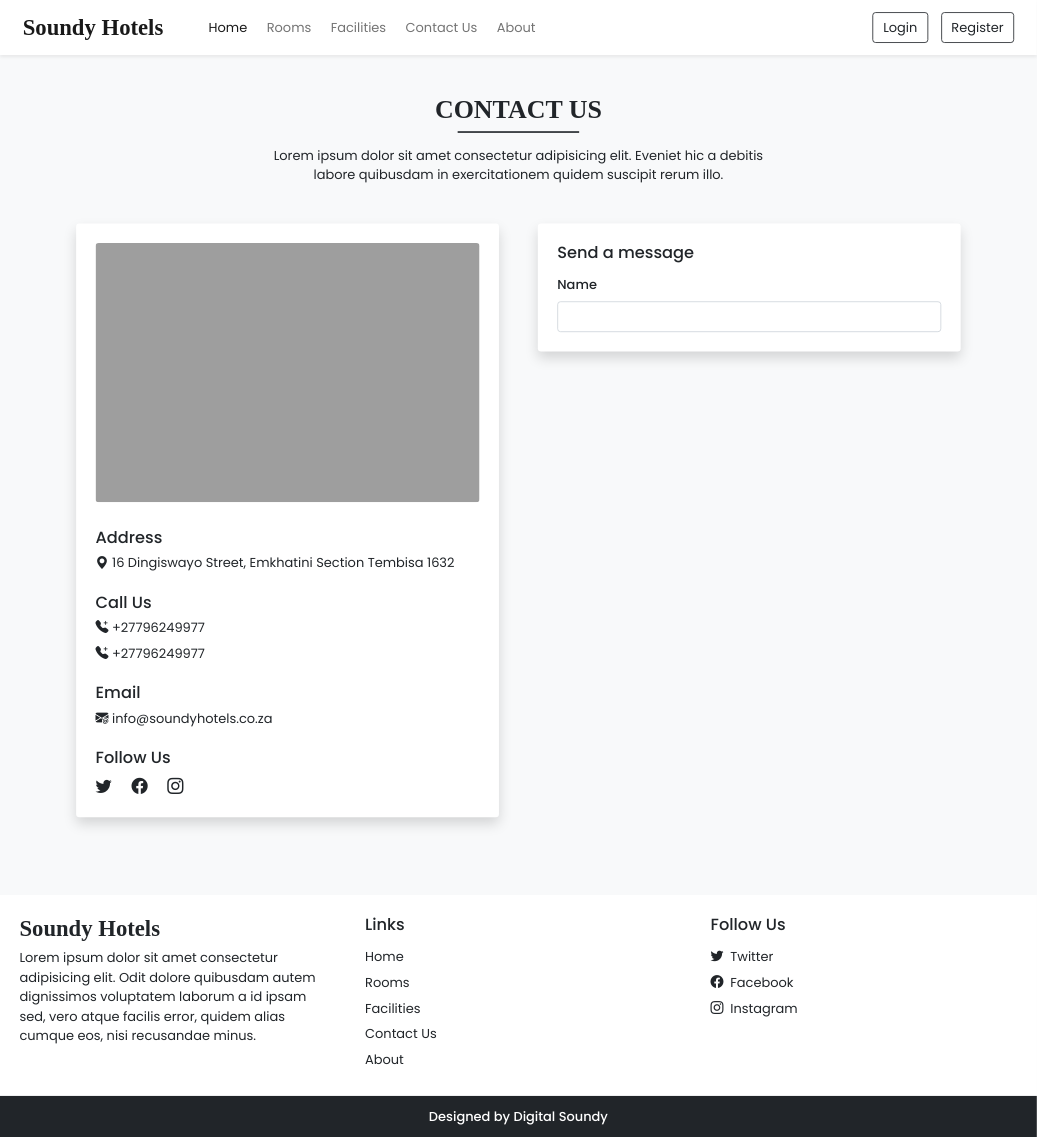
Repository: spencersoundy/Hotel-Booking-App
Page: http://localhost/contact.php
The author's editor kept a copy of each file at every save. The page is drawn from the files as they stood at one save, then again after a run of saves.
The browser window is 1280 px wide. The pictures show the whole page, at 81% of full size.
Pictures or frames that could not be fetched are drawn as grey boxes. Some web fonts or font styles are not loaded; a fallback is used. The page is run by PHP 8.4 with error messages shown; the project is at /var/www/html/.

Above is the page before, as saved 2023-08-04 23:59:36.

### contact.php
<!DOCTYPE html>
<html lang="en">
<head>
    <meta charset="UTF-8">
    <meta http-equiv="X-UA-Compatible" content="IE=edge">
    <meta name="viewport" content="width=device-width, initial-scale=1.0">
    <title>Soundy Hotels - CONTACT</title>
    <?php require('inc/links.php') ?>
</head>
<body class="bg-light">

<?php require('inc/header.php') ?>

<div class="my-5 px-4">
    <h2 class="fw-bold h-font text-center">CONTACT US</h2>
    <div class="h-line bg-dark"></div>
    <p class="text-center mt-3">
        Lorem ipsum dolor sit amet consectetur adipisicing elit.
        Eveniet hic a debitis <br> labore quibusdam in exercitationem
        quidem suscipit rerum illo.
    </p>
</div>

<div class="container">
    <div class="row">
        <div class="col-lg-6 col-md-6 mb-5 px-4">
            <div class="bg-white rounded shadow p-4">
                <iframe class="w-100 rounded mb-4" height="320px" src="https://www.google.com/maps/embed?pb=!1m18!1m12!1m3!1d3585.708810342345!2d28.2120409827257!3d-26.010354497291896!2m3!1f0!2f0!3f0!3m2!1i1024!2i768!4f13.1!3m3!1m2!1s0x1e956bf2ad5976c9%3A0x6f9e0753eef116a!2s16%20Dingiswayo%20St%2C%20Emkantini%2C%20Tembisa%2C%201632!5e0!3m2!1sen!2sza!4v1691170736196!5m2!1sen!2sza" loading="lazy"></iframe>

                    <h5>Address</h5>
                <a href="https://goo.gl/maps/Av7G3xEeVXWeW6kQ6" target="_blank" class="d-line-block text-decoration-none text-dark mb-2">
                <i class="bi bi-geo-alt-fill"></i> 16 Dingiswayo Street, Emkhatini Section Tembisa 1632
                </a>

                <h5 class="mt-4">Call Us</h5>
                <a href="Tell: +27796249977" class="d-inline-block mb-2 text-decoration-none text-dark">
                    <i class="bi bi-telephone-plus-fill"></i> +27796249977
                </a>
                <br>
                <a href="Tell: +27796249977" class="d-inline-block text-decoration-none text-dark">
                    <i class="bi bi-telephone-plus-fill"></i> +27796249977
                </a>

                <h5 class="mt-4">Email</h5>
                <a href="mailto: info@soundyhotels.co.za" class="d-inline-block text-decoration-none text-dark">
                    <i class="bi bi-envelope-at-fill"></i> info@soundyhotels.co.za
                </a>

                <h5 class="mt-4">Follow Us</h5>
                <a href="#" class="d-inline-block text-dark fs-5 me-3">
                        <i class="bi bi-twitter me-1"></i>
                </a>
                <a href="#" class="d-inline-block text-dark fs-5 me-3">
                        <i class="bi bi-facebook me-1"></i>
                </a>
                <a href="#" class="d-inline-block">
                        <i class="bi bi-instagram me-1 text-dark fs-5"></i>
                </a>
            </div>
        </div>
        <div class="col-lg-6 col-md-6 px-4">
            <div class="bg-white rounded shadow p-4">
                <form>
                    <h5>Send a message</h5>
                    <div class="mt-3">
                        <label class="form-label"style="font-weight: 500; ">Name</label>
                        <input type="text" class="form-control shadow-none">
                    </div>
                </form>
            </div>
        </div>
    </div>
</div>

<?php require('inc/footer.php')?>

</body>
</html>

### inc/links.php
<link href="https://cdn.jsdelivr.net/npm/bootstrap@5.0.2/dist/css/bootstrap.min.css" rel="stylesheet" integrity="sha384-EVSTQN3/azprG1Anm3QDgpJLIm9Nao0Yz1ztcQTwFspd3yD65VohhpuuCOmLASjC" crossorigin="anonymous">
<link href="https://fonts.googleapis.com/css2?family=Merienda:wght@400;700&family=Poppins:wght@400;500;600&display=swap" rel="stylesheet">
<link rel="stylesheet" href="https://cdn.jsdelivr.net/npm/bootstrap-icons@1.10.5/font/bootstrap-icons.css">
<link rel="stylesheet" href="css/common.css"/>

### inc/header.php
<nav class="navbar navbar-expand-lg navbar-light bg-white px-lg-3 py-lg-2 shadow-sm sticky-top">
    <div class="container-fluid">
        <a class="navbar-brand me-5 fw-bold fs-3 h-font" href="index.php">Soundy Hotels</a>
        <button class="navbar-toggler shadow-none" type="button" data-bs-toggle="collapse" data-bs-target="#navbarSupportedContent" aria-controls="navbarSupportedContent" aria-expanded="false" aria-label="Toggle navigation">
        <span class="navbar-toggler-icon"></span>
        </button>
        <div class="collapse navbar-collapse" id="navbarSupportedContent">
        <ul class="navbar-nav me-auto mb-2 mb-lg-0">
            <li class="nav-item">
            <a class="nav-link active me-2" aria-current="page" href="index.php">Home</a>
            </li>
            <li class="nav-item">
            <a class="nav-link me-2" href="#">Rooms</a>
            </li>
            <li class="nav-item">
            <a class="nav-link me-2" href="facilities.php">Facilities</a>
            </li><li class="nav-item">
            <a class="nav-link me-2" href="contact.php">Contact Us</a>
            </li><li class="nav-item">
            <a class="nav-link" href="about.php">About</a>
            </li>
        </ul>
        <div class="d-flex">
            <button type="button" class="btn btn-outline-dark shadow-none me-lg-3 me-2" data-bs-toggle="modal" data-bs-target="#loginModal">
                Login
            </button>
            <button type="button" class="btn btn-outline-dark shadow-none" data-bs-toggle="modal" data-bs-target="#registerModal">
                Register
            </button>
        </div>
        </div>
    </div>
    </nav>

    <div class="modal fade" id="loginModal" data-bs-backdrop="static" data-bs-keyboard="false" tabindex="-1" aria-labelledby="staticBackdropLabel" aria-hidden="true">
        <div class="modal-dialog">
            <div class="modal-content">
                <form>
                    <div class="modal-header">
                        <h5 class="modal-title d-flex align-items-center">
                            <i class="bi bi-person-circle fs-3 me-2"></i> User Login
                        </h5>
                        <button type="reset" class="btn-close shadow-none" data-bs-dismiss="modal" aria-label="Close"></button>
                    </div>
                    <div class="modal-body">
                    <div class="mb-3">
                        <label class="form-label">Email address</label>
                        <input type="email" class="form-control shadow-none">
                    </div>
                    <div class="mb-4">
                        <label class="form-label">Password</label>
                        <input type="password" class="form-control shadow-none">
                    </div>
                        <div class="d-flex align-items-center justify-content-between mb-2">
                            <button type="submit" class="btn btn-dark shadow-none">LOGIN</button>
                            <a href="javascript: void(0)" class="text-secondary text-decoration-none">Forgot Password?</a>
                        </div>
                    </div>
                </form>
            </div>
        </div>
    </div>

    <div class="modal fade" id="registerModal" data-bs-backdrop="static" data-bs-keyboard="false" tabindex="-1" aria-labelledby="staticBackdropLabel" aria-hidden="true">
        <div class="modal-dialog modal-lg">
            <div class="modal-content">
                <form>
            <div class="modal-header">
                <h5 class="modal-title d-fle align-items-center">
                    <i class="bi bi-person-lines-fill fs-3 me-2"></i> User Registration
                </h5>
                <button type="reset" class="btn-close shadow-none" data-bs-dismiss="modal" aria-label="Close"></button>
            </div>
            <div class="modal-body">
                <span class="badge rounded-pill bg-light text-dark mb-3 text-wrap lh-base">
                    Note: Your details must match with your ID (ID book/card, passport, drivers license, etc.)
                    that will be required during check-in.
                </span>
                <div class="container-fluid">
                    <div class="row">
                        <div class="col-md-6 ps-0 mb-3">
                            <label class="form-label">Name</label>
                            <input type="text" class="form-control shadow-none">
                        </div>
                        <div class="col-md-6 p-0 mb-3">
                            <label class="form-label">Email</label>
                            <input type="email" class="form-control shadow-none">
                        </div>
                        <div class="col-md-6 ps-0 mb-3">
                            <label class="form-label">Phone Number</label>
                            <input type="number" class="form-control shadow-none">
                        </div>
                        <div class="col-md-6 p-0 mb-3">
                            <label class="form-label">Picture</label>
                            <input type="file" class="form-control shadow-none">
                        </div>
                        <div class="col-md-12 p-0 mb-3">
                            <label class="form-label">Address</label>
                            <textarea class="form-control shadow-none" rows="1"></textarea>
                        </div>
                        <div class="col-md-6 ps-0 mb-3">
                            <label class="form-label">Pincode</label>
                            <input type="number" class="form-control shadow-none">
                        </div>
                        <div class="col-md-6 p-0 mb-3">
                            <label class="form-label">Date of birth</label>
                            <input type="date" class="form-control shadow-none">
                        </div>
                        <div class="col-md-6 ps-0 mb-3">
                            <label class="form-label">Password</label>
                            <input type="password" class="form-control shadow-none">
                        </div>
                        <div class="col-md-6 p-0 mb-3">
                            <label class="form-label">Confirm Password</label>
                            <input type="password" class="form-control shadow-none">
                        </div>
                    </div>
                </div>
                <div class="text-center my-1">
                    <button type="submit" class="btn btn-dark shadow-none">REGISTER</button>
                </div>
            </div>
            </form>
            </div>
  </div>
</div>

### inc/footer.php
<div class="container-fluid bg-white mt-5">

        <div class="row">
            <div class="col-lg-4 p-4">
                <h3 class="h-font fw-bold fs-3 mb-2">Soundy Hotels</h3>
                <p>
                    Lorem ipsum dolor sit amet consectetur adipisicing elit.
                    Odit dolore quibusdam autem dignissimos voluptatem laborum a id ipsam sed,
                    vero atque facilis error, quidem alias cumque eos, nisi recusandae minus.
                </p>
            </div>
            <div class="col-lg-4 p-4">
                <h5 class="mb-3">Links</h5>
                <a href="#" class="d-inline-block mb-2 text-dark text-decoration-none">Home</a><br>
                <a href="#" class="d-inline-block mb-2 text-dark text-decoration-none">Rooms</a><br>
                <a href="#" class="d-inline-block mb-2 text-dark text-decoration-none">Facilities</a><br>
                <a href="#" class="d-inline-block mb-2 text-dark text-decoration-none">Contact Us</a><br>
                <a href="#" class="d-inline-block mb-2 text-dark text-decoration-none">About</a>
            </div>
            <div class="col-lg-4 p-4">
                <h5 class="mb-3">Follow Us</h5>
                <a href="#" class="d-inline-block text-dark text-decoration-none mb-2">
                    <i class="bi bi-twitter me-1"></i> Twitter
                </a><br>
                <a href="#" class="d-inline-block text-dark text-decoration-none mb-2">
                    <i class="bi bi-facebook me-1"></i> Facebook
                </a><br>
                <a href="#" class="d-inline-block text-dark text-decoration-none">
                    <i class="bi bi-instagram me-1"></i> Instagram
                </a><br>
            </div>
        </div>
    </div>
</div>

    <h6 class="text-center bg-dark text-white p-3 m-0">Designed by Digital Soundy</h6>

    <script src="https://cdn.jsdelivr.net/npm/bootstrap@5.0.2/dist/js/bootstrap.bundle.min.js" integrity="sha384-MrcW6ZMFYlzcLA8Nl+NtUVF0sA7MsXsP1UyJoMp4YLEuNSfAP+JcXn/tWtIaxVXM" crossorigin="anonymous"></script>

### css/common.css
:root{
    --teal: #2ec1ac;
    --teal_hover: #279e8c;
}

*{
    font-family: 'Poppins', sans-serif;
}
.h-font{
    font-family: 'Merienda', cursive;
}

input::-webkit-outer-spin-button,
input::-webkit-inner-spin-button {
-webkit-appearance: none;
margin: 0;
}

input[type=number] {
-moz-appearance: textfield;
}

.custom-bg{
    background-color: var(--teal);
    border: 1px solid var(--teal);
}
.custom-bg:hover{
    background-color: var(--teal_hover);
    border-color: var(--teal_hover);
}

.h-line{
    width: 150px;
    margin: 0 auto;
    height: 1.7px;
}

After the next 4 saves:
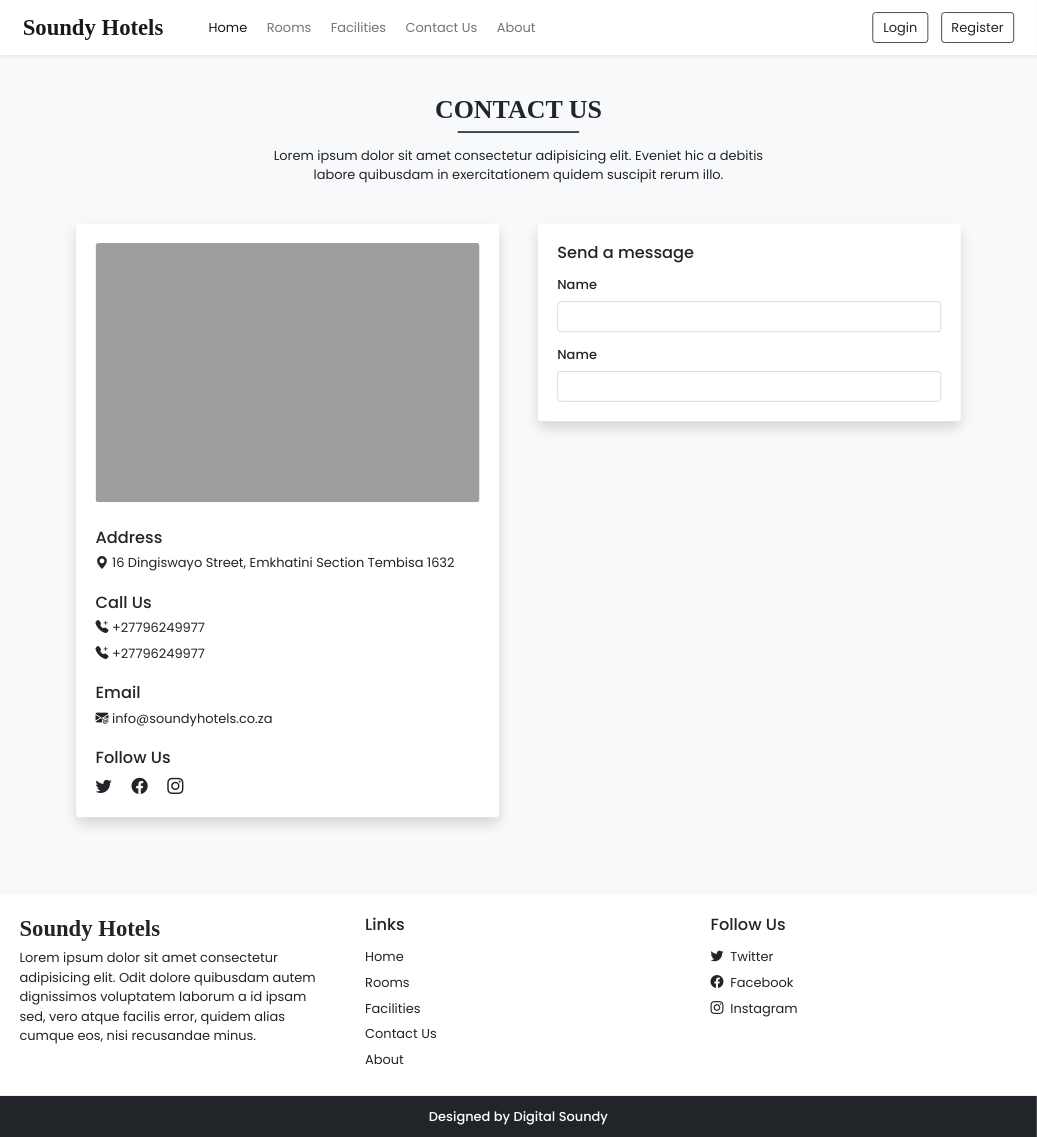
The 4 saves are shown as one change because they came seconds apart.
The last was saved 31 s later.
--- a/contact.php
+++ b/contact.php
@@ -63,7 +63,11 @@
                 <form>
                     <h5>Send a message</h5>
                     <div class="mt-3">
-                        <label class="form-label"style="font-weight: 500; ">Name</label>
+                        <label class="form-label"style="font-weight: 500;">Name</label>
+                        <input type="text" class="form-control shadow-none">
+                    </div>
+                    <div class="mt-3">
+                        <label class="form-label"style="font-weight: 500;">Name</label>
                         <input type="text" class="form-control shadow-none">
                     </div>
                 </form>
